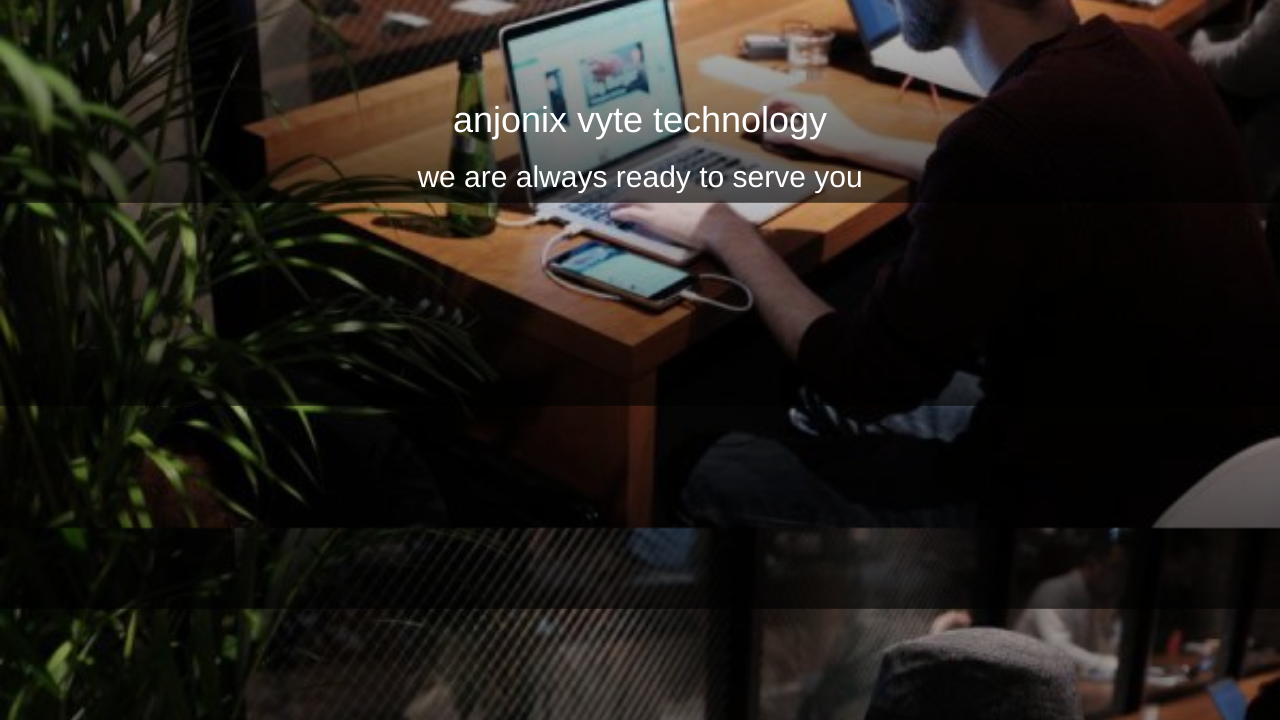
Repository: anjonix/Responsive-Website
Page: contact-form.html
An editor plug-in stored every save of this project. The page is shown before and after the next save, followed by the edit.
The browser window is 1280 px wide. The pictures show the whole page.

Above is the page before, as saved 2019-07-09 14:01:25.

After the next save:
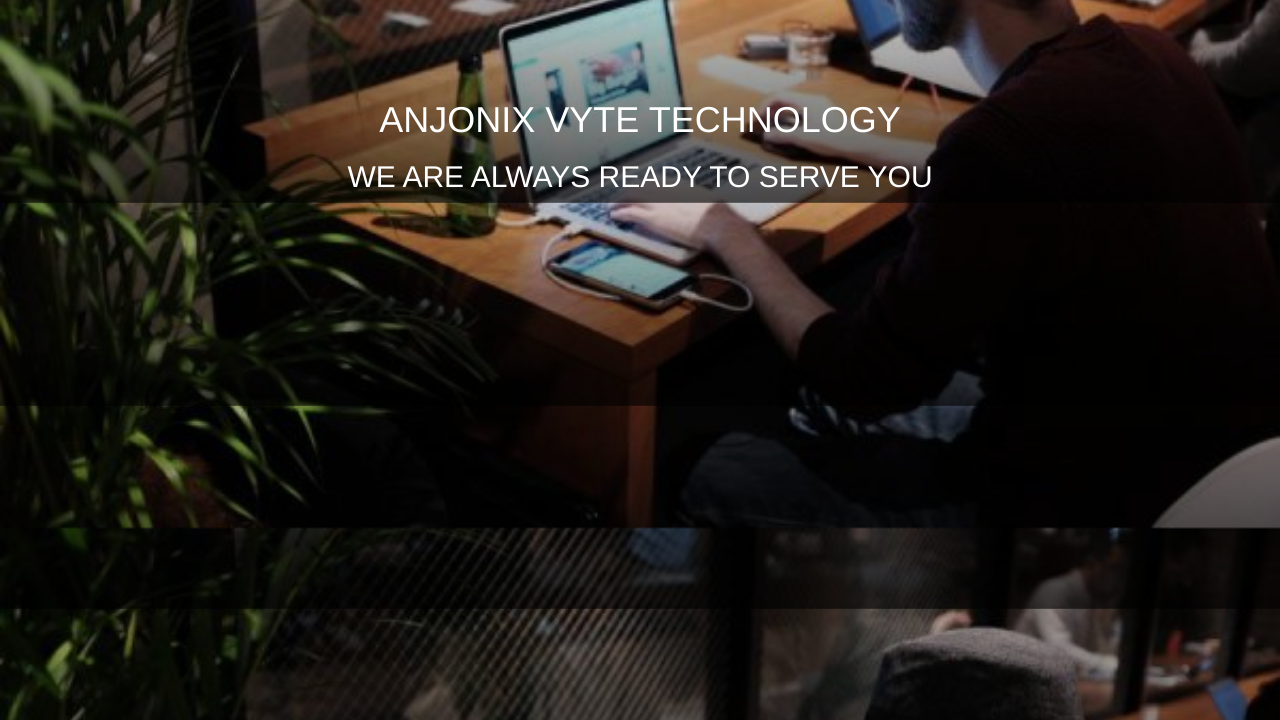
Saved 2 min 3 s later.
--- a/CSS/Contactform style.css
+++ b/CSS/Contactform style.css
@@ -12,4 +12,6 @@
 {
     margin-top: 100px;
     color: #fff;
+    text-transform: uppercase;
+    transition: all 4s ease-in-out;
 }
